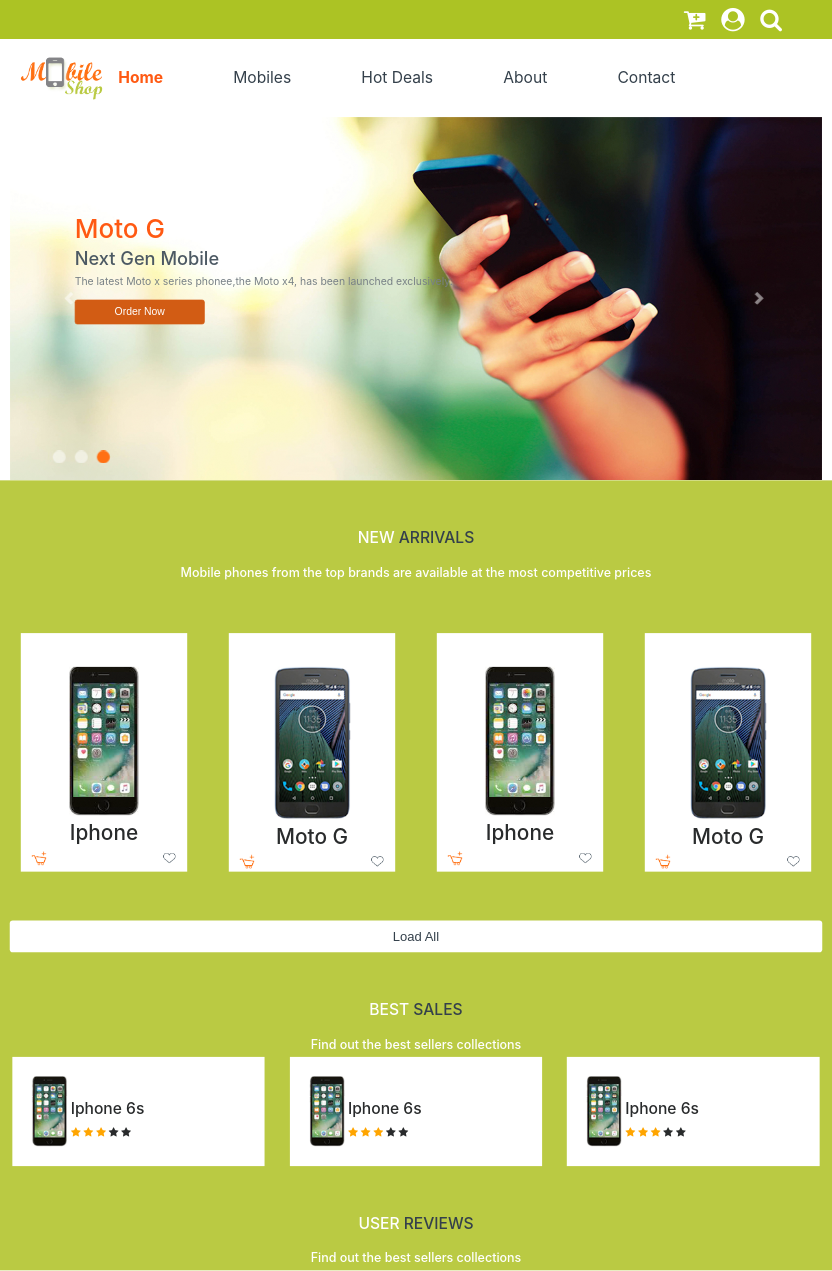
Repository: rajmohanr/mobile
Page: index.html
These files come from the project's save history. The page is drawn as it stood at one moment and after the next save; the edit follows.
The browser window is 1280 px wide. The pictures show the whole page, at 65% of full size.

Above is the page before, as saved 2018-04-04 22:16:13.
Console error (its wording comes from the project's code and is left out).

After the next save:
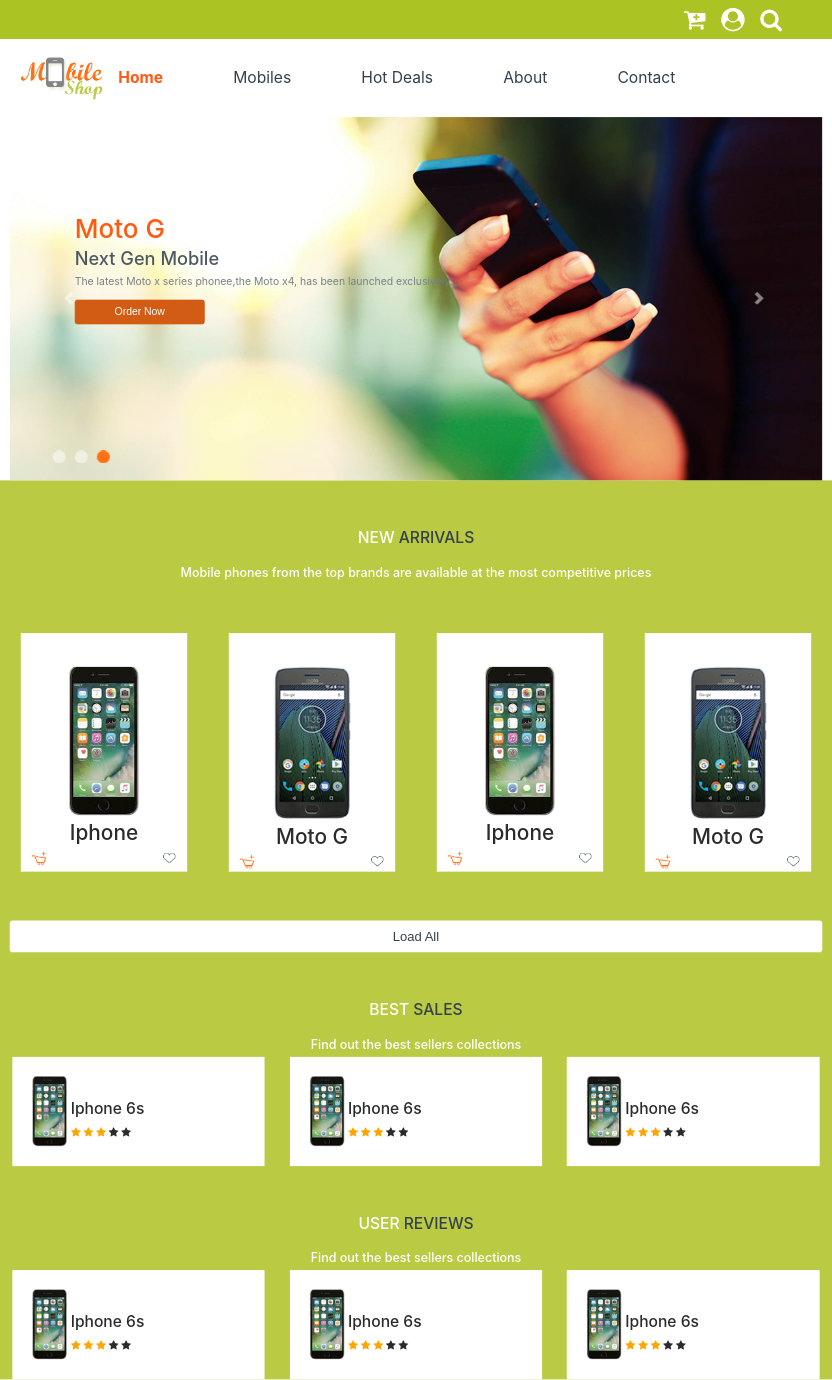
Saved 29 s later.
--- a/index.html
+++ b/index.html
@@ -280,6 +280,48 @@
 						</h2>
 					</div>
 				</div>
+				<div id="best-arrival" class="row">
+					<div class="col-md-4 inner-section">
+						<img alt="mobile" src="images/thumbnailmobile.png" />
+						<h2 class="text-center">
+								Iphone 6s
+						</h2>
+						<div class="rating-section">
+							<span class="fa fa-star checked"></span>
+							<span class="fa fa-star checked"></span>
+							<span class="fa fa-star checked"></span>
+							<span class="fa fa-star"></span>
+							<span class="fa fa-star"></span>
+						</div>
+
+					</div>
+					<div class="col-md-4 inner-section">
+						<img alt="mobile" src="images/thumbnailmobile.png"  />
+						<h2 class="text-center">
+								Iphone 6s
+						</h2>
+						<div class="rating-section">
+							<span class="fa fa-star checked"></span>
+							<span class="fa fa-star checked"></span>
+							<span class="fa fa-star checked"></span>
+							<span class="fa fa-star"></span>
+							<span class="fa fa-star"></span>
+						</div>
+					</div>
+					<div class="col-md-4 inner-section">
+						<img alt="mobile" src="images/thumbnailmobile.png"  />
+						<h2 class="text-center">
+								Iphone 6s
+						</h2>
+						<div class="rating-section">
+							<span class="fa fa-star checked"></span>
+							<span class="fa fa-star checked"></span>
+							<span class="fa fa-star checked"></span>
+							<span class="fa fa-star"></span>
+							<span class="fa fa-star"></span>
+						</div>
+					</div>
+				</div>
 		</div>
 	</div>
 	<div class="row">
